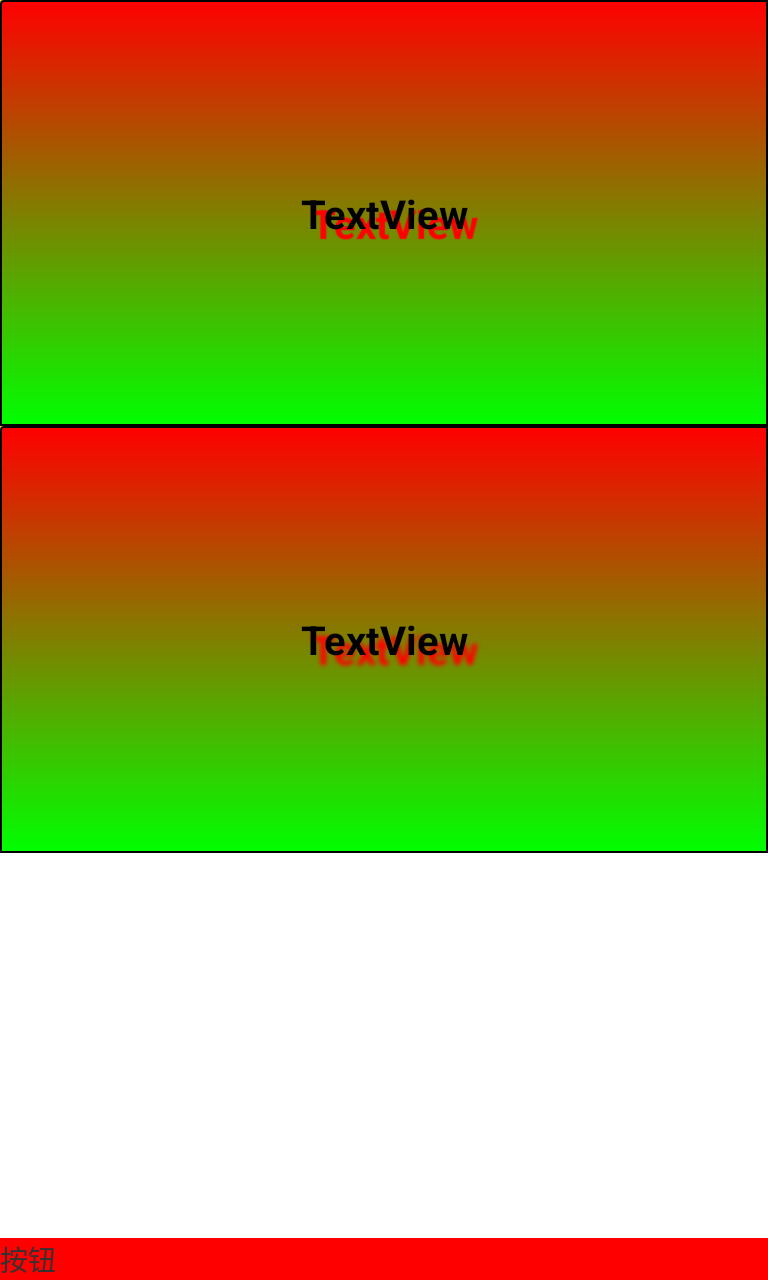
Repository: yhtaphp/yhtqgit
Layout: android/TextView/res/layout/activity_main.xml
The author's editor kept a copy of each file at every save. The layout is drawn from the files as they stood at one save, then again after the next save.
It is drawn on a 768 x 1280 px phone screen (xhdpi) without system bars, with theme AppTheme; the app's code is not run.

Above is the layout before, as saved 2016-09-11 13:49:08.

### android/TextView/res/layout/activity_main.xml
<LinearLayout xmlns:android="http://schemas.android.com/apk/res/android"
    xmlns:tools="http://schemas.android.com/tools"
    android:layout_width="match_parent"
    android:layout_height="match_parent"
    tools:context="${relativePackage}.${activityClass}"
    android:background="#ffdd33"
    android:orientation="vertical"
     >

    <TextView
        android:id="@+id/text1"
        android:layout_width="match_parent"
        android:layout_height="0dp"
        android:layout_weight="1"
        android:gravity="center"
        android:background="@drawable/teststyle"
        android:textColor="#000"
        android:shadowDx="10"
        android:shadowDy="10"
        android:shadowColor="#f00"
        android:shadowRadius="0.1"
        android:textStyle="bold"
        android:textSize="20sp"
        android:text="TextView" />
        <TextView
        android:layout_width="match_parent"
        android:layout_height="0dp"
        android:layout_weight="1"
        android:gravity="center"
        android:background="@drawable/teststyle"
        android:textColor="#000"
        android:shadowDx="10"
        android:shadowDy="10"
        android:shadowColor="#f00"
        android:shadowRadius="3.0"
        android:textStyle="bold"
        android:textSize="20sp"
        android:text="TextView" />

   <LinearLayout
       android:gravity="bottom"
       android:layout_width="match_parent"
       android:layout_height="0dp"
       android:layout_weight="1"
       android:background="#fff"
       android:orientation="vertical" >

       <TextView
           android:layout_width="match_parent"
           android:layout_height="wrap_content"
           android:layout_gravity="center|end"
           android:background="#f00"
           android:text="按钮" />
   </LinearLayout>

</LinearLayout>

### android/TextView/res/drawable-ldpi/teststyle.xml
<?xml version="1.0" encoding="utf-8"?>
<shape xmlns:android="http://schemas.android.com/apk/res/android" >
    <!-- 设置一个边框 -->
    <stroke android:width="2px" android:color="#000"/>

    <gradient
        android:angle="270"
        android:startColor="#f00"
        android:endColor="#0f0"/>

    <!-- 设置内边距 -->
    <padding
        android:left="5px"
        android:right="5px"
        android:top="5px"
        android:bottom="5px"
        />
    <corners android:topLeftRadius="3px"/>

</shape>

Loaded but not shown: android/TextView/res/values/styles.xml (common file); android/TextView/res/values-v11/styles.xml (common file); android/TextView/res/values-v14/styles.xml (common file)

After the next save:
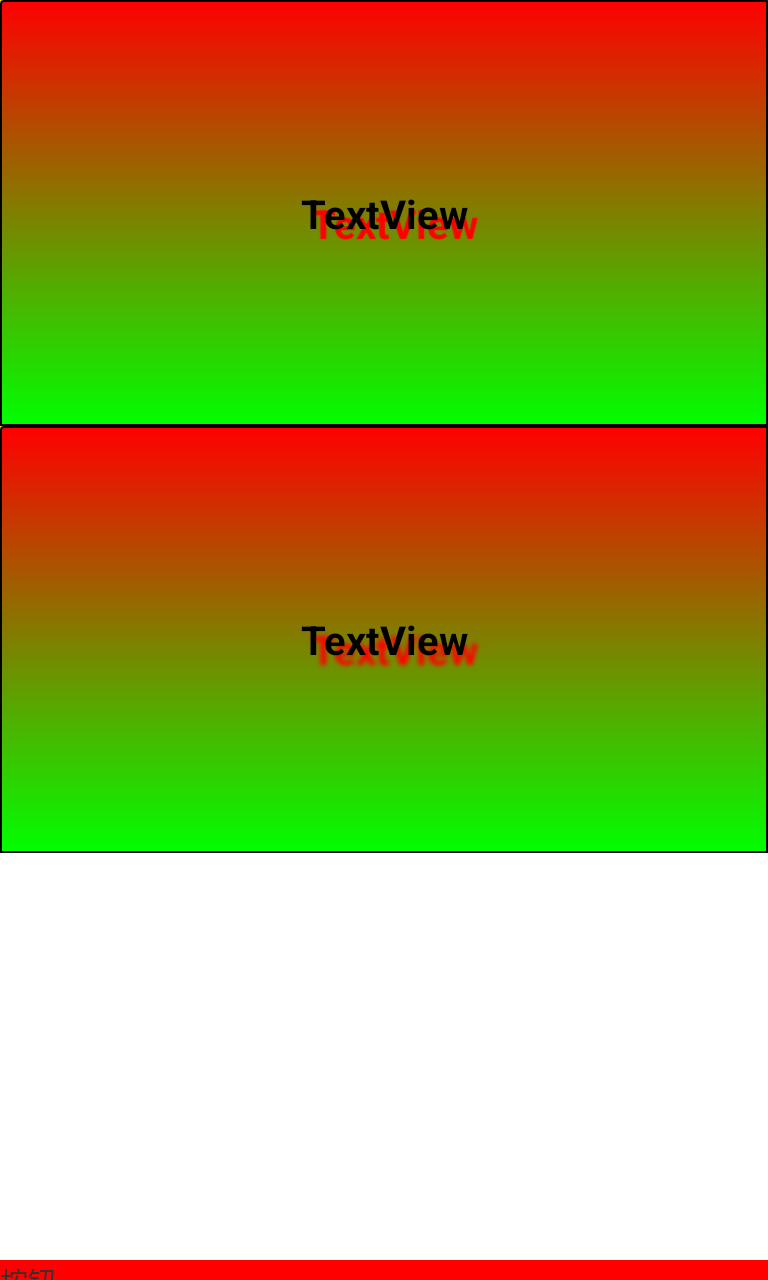
Saved 19 s later.
--- a/android/TextView/res/layout/activity_main.xml
+++ b/android/TextView/res/layout/activity_main.xml
@@ -47,7 +47,7 @@
 
        <TextView
            android:layout_width="match_parent"
-           android:layout_height="wrap_content"
+           android:layout_height="10dp"
            android:layout_gravity="center|end"
            android:background="#f00"
            android:text="按钮" />
